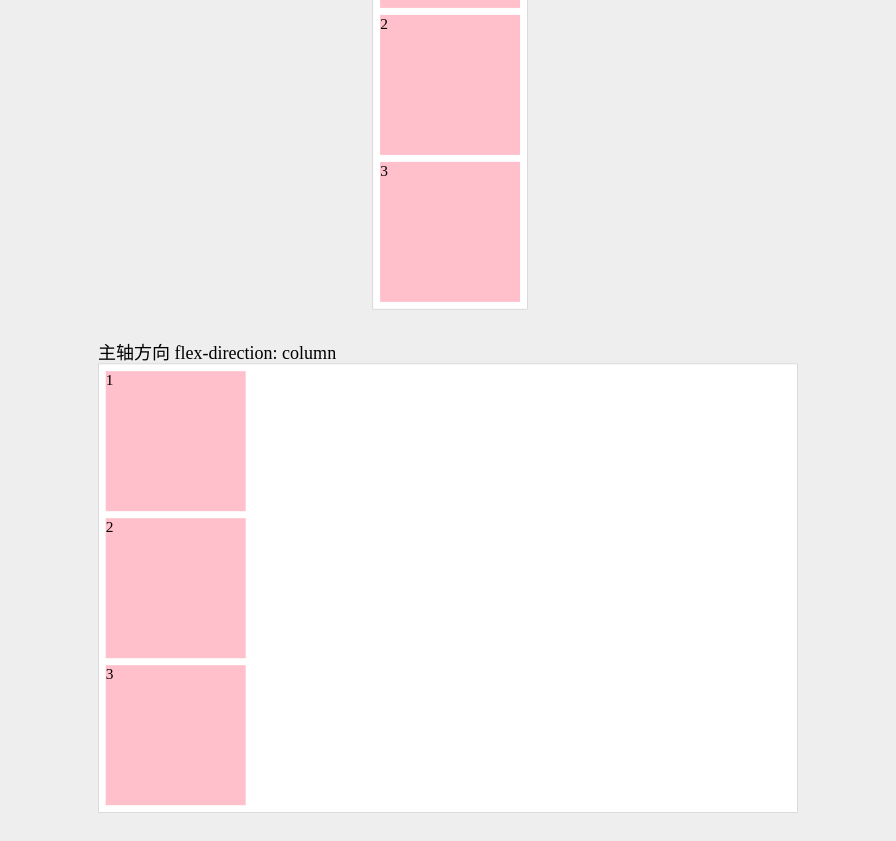
Repository: Germtao/Web
Page: web_css/css3_FLEX布局.html
These files come from the project's save history. The page is drawn as it stood at one moment and after the next save; the edit follows.
The browser window is 1280 px wide. The pictures show the part of the page from y = 1136 to 3056 px (the page is 2337 px tall before and 3056 px after), at 70% of full size.

Above is the page before, as saved 2020-11-04 11:15:22.

After the next save:
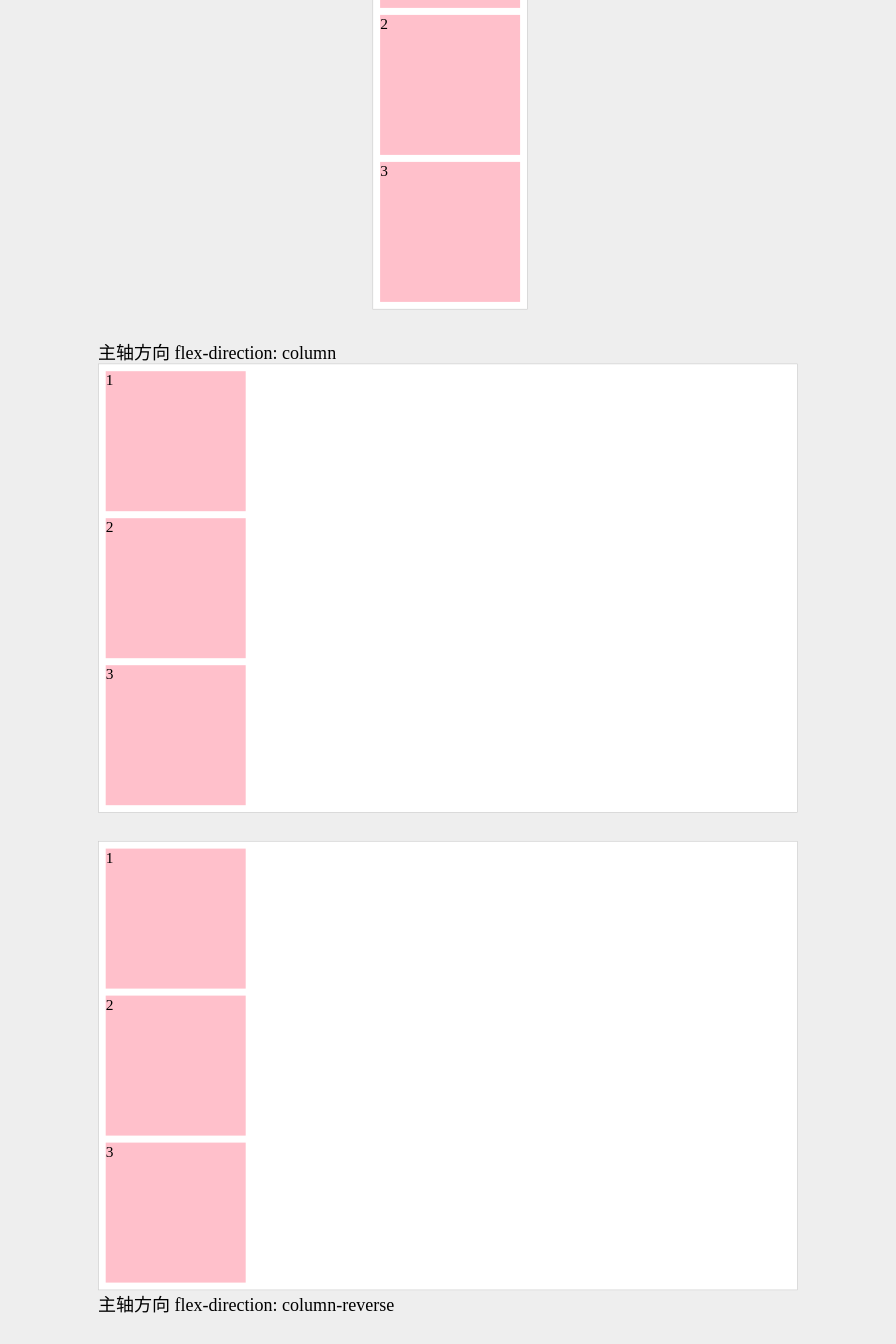
Saved 31 s later.
--- a/web_css/css3_FLEX布局.html
+++ b/web_css/css3_FLEX布局.html
@@ -127,6 +127,15 @@
       <li>3</li>
     </ul>
   </section>
+
+  <section>
+    <h3>主轴方向 flex-direction: column-reverse</h3>
+    <ul>
+      <li>1</li>
+      <li>2</li>
+      <li>3</li>
+    </ul>
+  </section>
 </body>
 
 </html>
